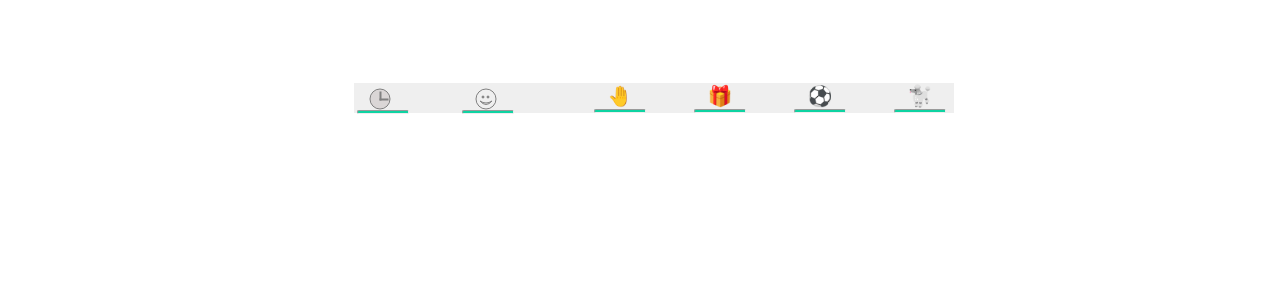
Repository: Gaj123-coder/emoji-search-app
Page: /
The author's editor kept a copy of each file at every save. The page is drawn from the files as they stood at one save, then again after the next save.
The browser window is 1280 px wide. The pictures show the whole page.
The project was rebuilt for these pictures with package versions that can differ from the ones it lists, and the page was loaded fresh each time.

Above is the page before, as saved 2021-10-31 11:56:40.

### public/index.html
<!DOCTYPE html>
<html>
    <head>
        <title>Emoji Search</title>
        <meta charset="UTF-8">
        <meta name="author" content="Gajanan C Hegde">
        <meta name="description" content="A simple emoji search app using React JS">
        <meta name="view-port" content="width=device-width,initial-scale=1">
        <meta property="og:title" content="emoji">
        <meta property="og:description" content="An emoji searh app">
        <meta property="og:url" content="http://www.emojis..com">
        <meta property="og:image" content="https://seeklogo.com/images/S/smile-with-glasses-emoji-logo-0C5A7F9874-seeklogo.com.png">
        <meta property="twitter:title" content="Emoji Search">
        <meta property="twitter:image" content="https://seeklogo.com/images/S/smile-with-glasses-emoji-logo-0C5A7F9874-seeklogo.com.png">
        <meta property="twitter:description" content="A simple recat js emloji search app">
        <meta property="twitter:card" content="summary_large_page">
        <meta property="facebook:title" content="Emoji Search">
        <meta property="facebook:image" content="https://seeklogo.com/images/S/smile-with-glasses-emoji-logo-0C5A7F9874-seeklogo.com.png">
        <meta property="facebooks:description" content="A simple react app for emoji search">
        <meta proprty="facebook:url" content="https://www.emojis.com">
        <link rel="canonical" href="index.html"/>
    </head>
    <body>
        <div id="root"></div>
    </body>
</html>

### src/App.js
import React,{ useState } from 'react';
import Res from "./Components/Result/result";
import './App.css';
function App() {
  const [emotion,setEmotion]=useState("smiley1");
  const emotionSelector=(event)=>{
    event.preventDefault();
    const ref_id=event.target.id;
    setEmotion(ref_id);
  }
  return (
    <React.Fragment>
      <form className="dec">
        <button type="submit" id="recent1" className="dec-child" onClick={emotionSelector}>
          <svg>
            <circle cx="20" cy="15" r="10px" stroke="grey" strokeWidth="1px" fill="rgb(218, 214, 214)"/>
            <rect x="20" y="8" width="1px" height="8px" stroke="grey" strokeWidth="1px" fill="rgb(218, 214, 214)"/>
            <rect x="20" y="15" width="8px" height="1px" stroke="grey" strokeWidth="1px" fill="rgb(218, 214, 214)"/>
          </svg>
          <hr className="cir-pos" style={{width:"50px",borderRadius:"200px",height:"2px",backgroundColor:"rgb(14, 211, 162)"}}></hr>
        </button>
        <button type="submit" id="smiley1"  className="dec-child" onClick={emotionSelector}>
          <svg>
            <circle cx="26" cy="15" r="10px" stroke="grey" strokeWidth="1px" fill="none"/>
            <path d="M20 17 Q26 21 32 17" stroke="grey" strokeWidth="1px" fill="none"/>
            <path d="M20 17 Q26 24 32 17" stroke="grey" strokeWidth="1px" fill="none"/>
            <circle cx="23" cy="13" r="1" stroke="grey" strokeWidth="1px" fill="grey"/>
            <circle cx="28" cy="13" r="1" stroke="grey" strokeWidth="1px" fill="grey"/>
          </svg>
          <hr  className="smil-pos" style={{width:"50px",borderRadius:"200px",height:"2px",backgroundColor:"rgb(14, 211, 162)"}}></hr>
        </button>
        <button type="submit" id="hands1" className="dec-child" onClick={emotionSelector}>
          <p style={{fontSize:"20px"}}>&#129306;</p>
          <hr className="rem-pos" style={{width:"50px",borderRadius:"200px",height:"2px",backgroundColor:"rgb(14, 211, 162)"}}/>
        </button>
        <button type="submit" id="gift1" className="dec-child" onClick={emotionSelector}>
          <p style={{fontSize:"20px"}}>&#127873;</p>
          <hr className="rem-pos" style={{width:"50px",borderRadius:"200px",height:"2px",backgroundColor:"rgb(14, 211, 162)"}}/>
        </button>
        <button type="submit" id="sports1" className="dec-child" onClick={emotionSelector}>
          <p style={{fontSize:"20px"}}>&#9917;</p>
          <hr className="rem-pos" style={{width:"50px",borderRadius:"200px",height:"2px",backgroundColor:"rgb(14, 211, 162)"}}/>
        </button>
        <button type="submit" id="animals1" className="dec-child" onClick={emotionSelector}>
          <p style={{fontSize:"20px"}}>&#128041;</p>
          <hr className="rem-pos" style={{width:"50px",borderRadius:"200px",height:"2px",backgroundColor:"rgb(14, 211, 162)"}}/>
        </button>
      </form>
      <Res emotion={emotion}/>
    </React.Fragment>
  );
}

export default App;

### src/Components/Result/result.js
import Em from "./res.module.css";
import {sad1,worry1,angry1,happy1,smiley1,animals1,peace1,love1,joy1,laugh1,gift1,smile1,hands1,sports1,supper1,evil1,shy1,tasty1,confuse1,sleepy1} from "../emotions";
const Res=(props)=>{
    return (
        <div className={Em["emoji"]}>

        </div>
    );

}

export default Res;

### src/App.css
.dec{
  width: 700px;
  height:35px;
  position: relative;
  left:19rem;
  top:5rem;
  display:flex;
  flex-direction:row;
  flex-wrap:nowrap;
  align-items: center;
  justify-content: center;
}

.dec-child>svg{
  width:inherit;
  height:inherit;
}

.dec-child{
  height:30px;
  width:100px;
}

.dec-child>p{
  position: relative;
  left:1rem;
  display: inline;
}

.dec-child>hr{
  width:"50px";
  border-radius:"200px";
  height:"2px";
  background-color:"rgb(14, 211, 162)";
}

.cir-pos{
  position: relative;
  right:1.3rem;
  bottom: 0.8rem;
}

.smil-pos{
  position: relative;
  right:1rem;
  bottom: 0.8rem;
}

.rem-pos{
  position: relative;
  left:1rem;
  bottom:5px;
}

.dec-child,.dec-child:hover,:active{
  border:none;
  margin:none;
}

### src/Components/Result/res.module.css
.emoji{
    width: 700px;
    height:35px;
    position: relative;
    left:19rem;
    top:5rem;
}

### src/Components/emotions.js
const sad=["128524","128528",'128530',"128532","128542","128546","128549","128557"]
const worry=["128524","128529","128531","128532","128533","128543","128552","128553"]
const angry=["128520","128544","128545","128548","12855"]
const happy=["128512","128513","128514","128518","128522"]
const love=["128525","128535","128536","128537","128538"]
const joy=["128513","128517","128519","128521","128539","128540","128541"]
const laugh=["128513","128514","128518"]
const smile=["128512","128516"]
const gift=["127873","127891","127894","127874","127879","129395","127882","127876"]
const sports=["127939","127943","127947","","","","","","",""]
const hands=["128075","128588","129309","65039","128591","128077","129305","129304","128076","129306"]
const supper=["128526","128527"]
const peace=["128512","128515","128516","128519"]
const evil=["128520"]
const shy=["128522"]
const tasty=["128523"]
const confuse=["128534","128533","128550"]
const sleepy=["128554"]
const animals=["128053","128018","129421","128054","128021","128041","129418","129409","128047"]
const smiley=["128512","128513","128514","128515","128516","128517","128518","128519","128520","128521","128522","128523","128524","128525",
"128526","128527","128528","128529","128530","128531","128532","128533","128534","128535","128536","128537","128538","128539","128540"]

export const smiley1=smiley;
export const peace1=peace;
export const sad1=sad;
export const happy1=happy;
export const worry1=worry;
export const angry1=angry;
export const love1=love;
export const joy1=joy;
export const laugh1=laugh;
export const gift1=gift;
export const smile1=smile;
export const sports1=sports;
export const hands1=hands;
export const supper1=supper;
export const evil1=evil;
export const shy1=shy;
export const tasty1=tasty;
export const confuse1=confuse;
export const sleepy1=sleepy;
export const animals1=animals;

Loaded but not shown: src/index.js (common file); src/index.css (common file)

After the next save:
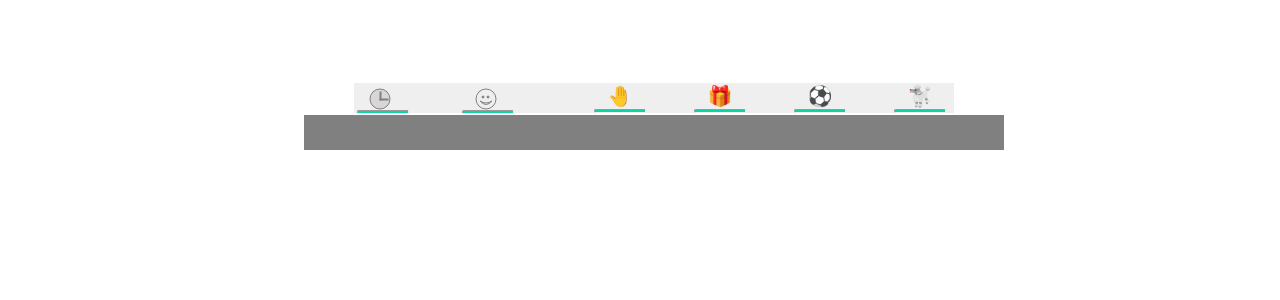
Saved 18 s later.
--- a/src/Components/Result/res.module.css
+++ b/src/Components/Result/res.module.css
@@ -4,4 +4,5 @@
     position: relative;
     left:19rem;
     top:5rem;
+    background-color: grey;
 }
